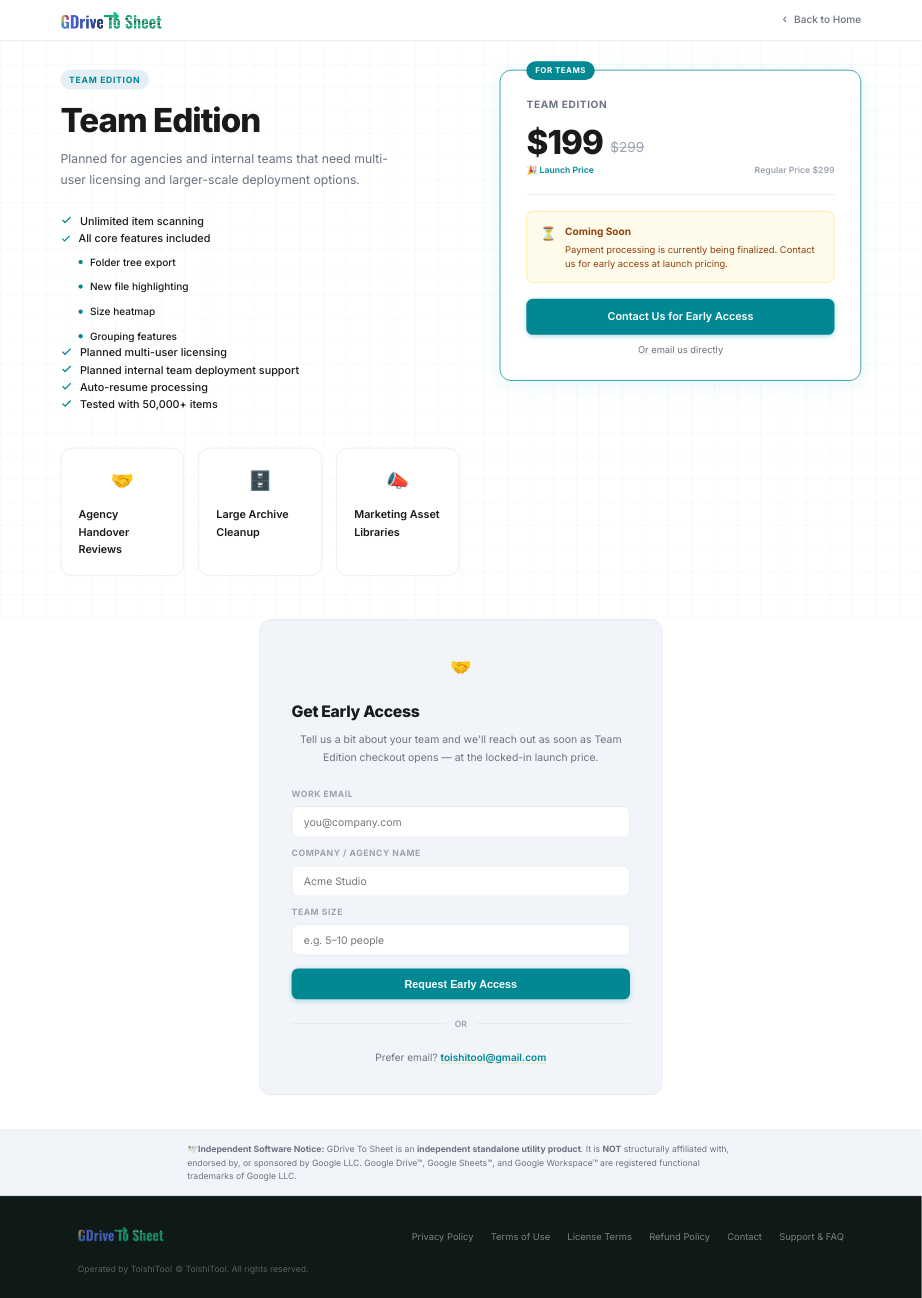
Repository: toishitool/gdrive-to-sheet
Page: team-edition.html
The author's editor kept a copy of each file at every save. The page is drawn from the files as they stood at one save, then again after the next save.
The browser window is 1280 px wide. The pictures show the whole page, at 72% of full size.

Above is the page before, as saved 2026-06-21 19:15:32.

After the next save:
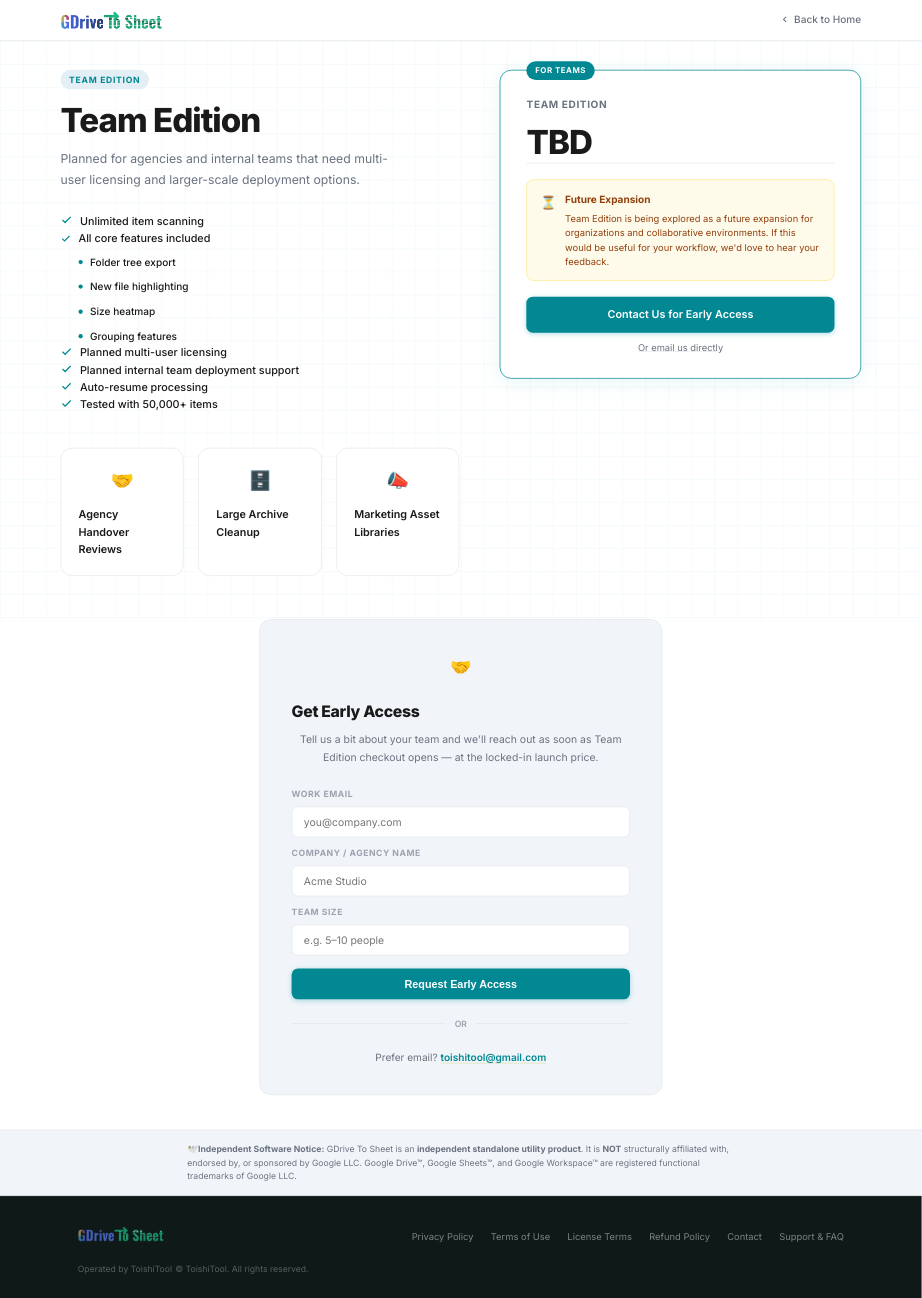
Saved 75 s later.
--- a/team-edition.html
+++ b/team-edition.html
@@ -97,20 +97,19 @@
           <span class="price-card-badge">For Teams</span>
           <div class="price-name">Team Edition</div>
           <div class="price-amount">
-            <span class="price-now">$199</span>
-            <span class="price-was">$299</span>
+            <span class="price-now">TBD</span>
           </div>
-          <div class="price-label-row">
-            <span class="launch">🎉 Launch Price</span>
-            <span class="regular">Regular Price $299</span>
-          </div>
+
           <div class="price-divider"></div>
 
           <div class="coming-soon">
             <span class="cs-icon">⏳</span>
             <div>
-              <h3>Coming Soon</h3>
-              <p>Payment processing is currently being finalized. Contact us for early access at launch pricing.</p>
+              <h3>Future Expansion</h3>
+              <p>
+Team Edition is being explored as a future expansion for organizations and collaborative environments.
+If this would be useful for your workflow, we'd love to hear your feedback.
+</p>
             </div>
           </div>
 
